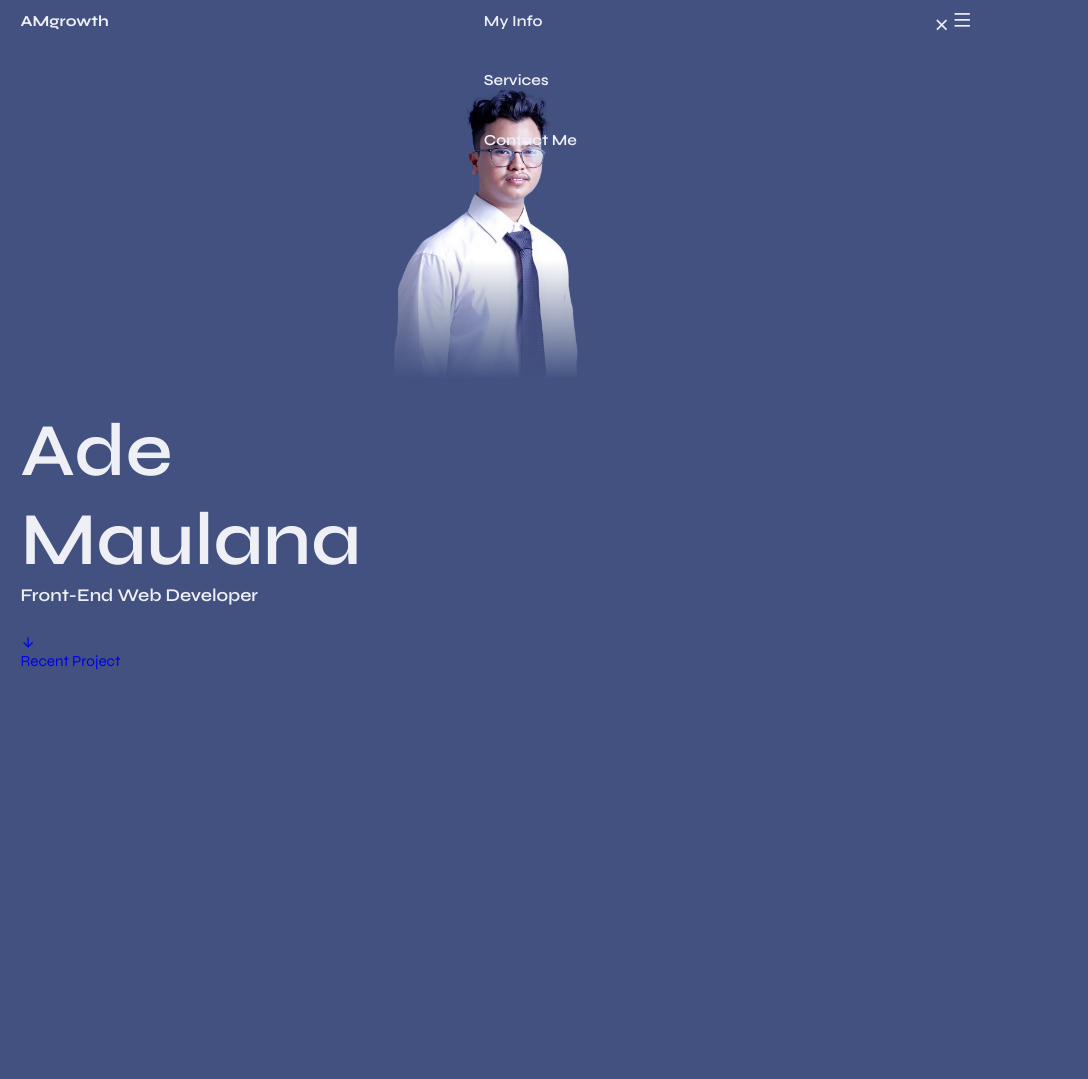
Repository: Ademaulana100499/portofolio
Page: index.html
The author's editor kept a copy of each file at every save. The page is drawn from the files as they stood at one save, then again after the next save.
The browser window is 1280 px wide. The pictures show the whole page, at 85% of full size.
Some web fonts or font styles are not loaded; a fallback is used.

Above is the page before, as saved 2024-11-28 17:03:31.

### index.html
<!DOCTYPE html>
<html lang="en">
  <head>
    <meta charset="UTF-8" />
    <meta name="viewport" content="width=device-width, initial-scale=1.0" />
    <title>AMgrowth</title>
    <link rel="shortcut icon" href="assets/img/Favicon.png" />
    <link
      href="https://cdn.jsdelivr.net/npm/remixicon/fonts/remixicon.css"
      rel="stylesheet"
    />
    <link rel="stylesheet" href="assets/css/style.css" />
  </head>
  <body>
    <!-- HEADER -->
    <header class="header" id="header">
      <nav class="nav container">
        <a href="#" class="nav__logo">AMgrowth</a>
        <div class="nav__menu" id="nav-menu">
          <ul class="nav__list">
            <li>
              <a href="#home" class="nav__link">Home</a>
            </li>
            <li>
              <a href="#project" class="nav__link">Project</a>
            </li>
            <li>
              <a href="#info" class="nav__link">My Info</a>
            </li>
            <li>
              <a href="#services" class="nav__link">Services</a>
            </li>
            <li>
              <a href="#contact" class="nav__link">Contact Me</a>
            </li>
          </ul>
          <!-- Close Button -->
          <div class="nav__close" id="nav-close">
            <i class="ri-close-line"></i>
          </div>
        </div>

        <!-- Toggle Button -->
        <div class="nav__toggle" id="nav-toggle">
          <i class="ri-menu-line"></i>
        </div>
      </nav>
    </header>

    <!-- MAIN -->
    <main class="main" id="main">
      <!-- HOME -->
      <section class="home section" id="home">
        <div class="home__container container grid">
          <img src="assets/img/Photo.png" alt="image" class="home__img" />
          <div class="home__data">
            <h1 class="home__name">
              Ade <br />
              Maulana
            </h1>
            <h3 class="home__profession">Front-End Web Developer</h3>
          </div>
          <a href="#project" class="home__scroll">
            <div class="home__scroll-box">
              <i class="ri-arrow-down-line"></i>
            </div>
            <span class="home__scroll-text">Recent Project</span>
          </a>
        </div>
      </section>
      <!-- PROJECT -->
      <section class="project section" id="project"></section>
      <!-- INFO -->
      <section class="info section" id="info"></section>
      <!-- SERVICES -->
      <section class="services section" id="services"></section>
      <!-- CONTACT -->
      <section class="contact section" id="contact"></section>
    </main>

    <!-- FOOTER -->
    <footer class="footer" id="footer"></footer>
    <!-- SCROLL UP -->
    <!-- SCROLLREVEAL -->
    <script src=""></script>
    <!-- EMAIL JS -->
    <script src=""></script>
    <!-- MAIN JS -->
    <script src="assets/js/main.js"></script>
  </body>
</html>

### assets/css/style.css
@import url("https://fonts.googleapis.com/css2?family=Kite+One&family=Oooh+Baby&family=Orelega+One&family=Poppins:ital,wght@0,100;0,200;0,300;0,400;0,500;0,600;0,700;0,800;0,900;1,100;1,200;1,300;1,400;1,500;1,600;1,700;1,800;1,900&family=Syne:wght@400..800&display=swap");

/* VARIABLE CSS */
:root {
  --header-height: 3rem;

  /* Colors */
  --hue: 230;
  --first-color: hsl(var(--hue), 55%, 55%);
  --first-color-light: hsl(var(--hue), 55%, 65%);
  --first-color-alt: hsl(var(--hue), 50%, 50%);
  --title-color: hsl(var(--hue), 30%, 95%);
  --text-color: hsl(var(--hue), 20%, 80%);
  --text-color-light: hsl(var(--hue), 20%, 70%);
  --body-color: hsl(225, 32%, 38%);
  --container-color: hsl(var(--hue), 40%, 20%);

  /* Font and typography */
  --body-font: "Syne", sans-serif;
  --biggest-font-size: 3rem;
  --h1-font-size: 1.5rem;
  --h2-font-size: 1.25rem;
  --h3-font-size: 1rem;
  --normal-font-size: 0.938rem;
  --small-font-size: 0.813rem;

  /* Font weight */
  --font-regular: 400;
  --font-semi-bold: 600;
  --font-bold: 700;

  /* z index */
  --z-tooltip: 10;
  --z-fixed: 100;
}
/* Responsive typography */
@media screen and (min-width: 1150px) {
  :root {
    --biggest-font-size: 5.5rem;
    --big-font-size: 2.75rem;
    --h1-font-size: 2.25rem;
    --h2-font-size: 1.5rem;
    --h3-font-size: 1.25rem;
    --normal-font-size: 1.125rem;
    --small-font-size: 0.875rem;
  }
}

/* BASE */
* {
  margin: 0;
  padding: 0;
  box-sizing: border-box;
}

html {
  scroll-behavior: smooth;
}

body,
input,
textarea,
button {
  font-family: var(--body-font);
  font-size: var(--normal-font-size);
}

body {
  background-color: var(--body-color);
  color: var(--text-color);
}
input,
button,
textarea {
  outline: none;
  border: none;
}

h1,
h2,
h3 {
  color: var(--title-color);
  font-weight: var(--font-semi-bold);
}
p {
  line-height: 130%;
}

ul {
  list-style: none;
}

a {
  text-decoration: none;
}

img {
  display: block;
  max-width: 100%;
  height: auto;
}

/* REUSABLE CSS CLASSES */
.container {
  max-width: 1120px;
  margin-inline: 1.5rem;
}

.grid {
  display: grid;
  gap: 1.5rem;
}

.section {
  padding-block: 5rem 2rem;
}

.section__title {
  font-size: var(--h1-font-size);
  text-align: center;
  margin-bottom: 2rem;
  font-weight: var(--font-bold);
}
main {
  overflow: hidden;
}

/* HEADER & NAV */
.header {
  position: fixed;
  width: 100%;
  top: 0;
  left: 0;
  background-color: transparent;
  z-index: var(--z-fixed);
}
.nav {
  position: relative;
  height: var(--header-height);
  display: flex;
  justify-content: space-between;
  align-items: center;
}

.nav__logo {
  color: var(--title-color);
  font-weight: var(--font-bold);
}
.nav__toggle,
.nav__close {
  font-size: 1.5rem;
  cursor: pointer;
  color: var(--title-color);
}
/* Navigation for mobile */
@media screen and (max-width: 1150px) {
  .nav__menu {
    position: fixed;
    top: 0;
    right: -100%;
    background-color: hsla(var(--hue), 70%, 4%, 0.2);
    backdrop-filter: blur(16px);
    -webkit-backdrop-filter: blur(16px);
    width: 80%;
    height: 100%;
    padding: 7rem 3rem;
    transition: right 0.4s;
  }
}
.nav__list {
  display: flex;
  flex-direction: column;
  row-gap: 3rem;
}
.nav__link {
  position: relative;
  color: var(--title-color);
  font-weight: var(--font-semi-bold);
  transition: color 0.4s;
}
.nav__link::after {
  content: "";
  width: 0;
  height: 2px;
  background-color: var(--first-color-light);
  position: absolute;
  left: 0;
  bottom: -0.5rem;
  transition: width 0.3s;
}
.nav__link:hover {
  color: var(--first-color-light);
}
.nav__link:hover::after {
  width: 30%;
}
.nav__close {
  position: absolute;
  top: 1rem;
  right: 1.5rem;
}

/* Show Menu */
.show-menu {
  right: 0;
}
/* Add blur to header */
/* Active link */

/* HOME */
.home__container {
  row-gap: 2rem;
  padding-top: 1rem;
}

.home__img {
  width: 350px;
  justify-self: center;
  mask-image: linear-gradient(
    to bottom,
    hsla(var(--hue), 40%, 16%) 60%,
    transparent 100%
  );
}
.home__name {
  font-size: var(--biggest-font-size);
}

### assets/js/main.js
const navMenu = document.getElementById("nav-menu"),
  navToggle = document.getElementById("nav-toggle"),
  navClose = document.getElementById("nav-close");

if (navToggle) {
  navToggle.addEventListener("click", () => {
    navMenu.classList.add("show-menu");
  });
}

if (navClose) {
  navClose.addEventListener("click", () => {
    navMenu.classList.remove("show-menu");
  });
}

const navLink = document.querySelectorAll(".nav__link");
const linkAction = () => {
  const navMenu = document.getElementById("nav-menu");
  navMenu.classList.remove("show-menu");
};
navLink.forEach((n) => n.addEventListener("click", linkAction));

After the next save:
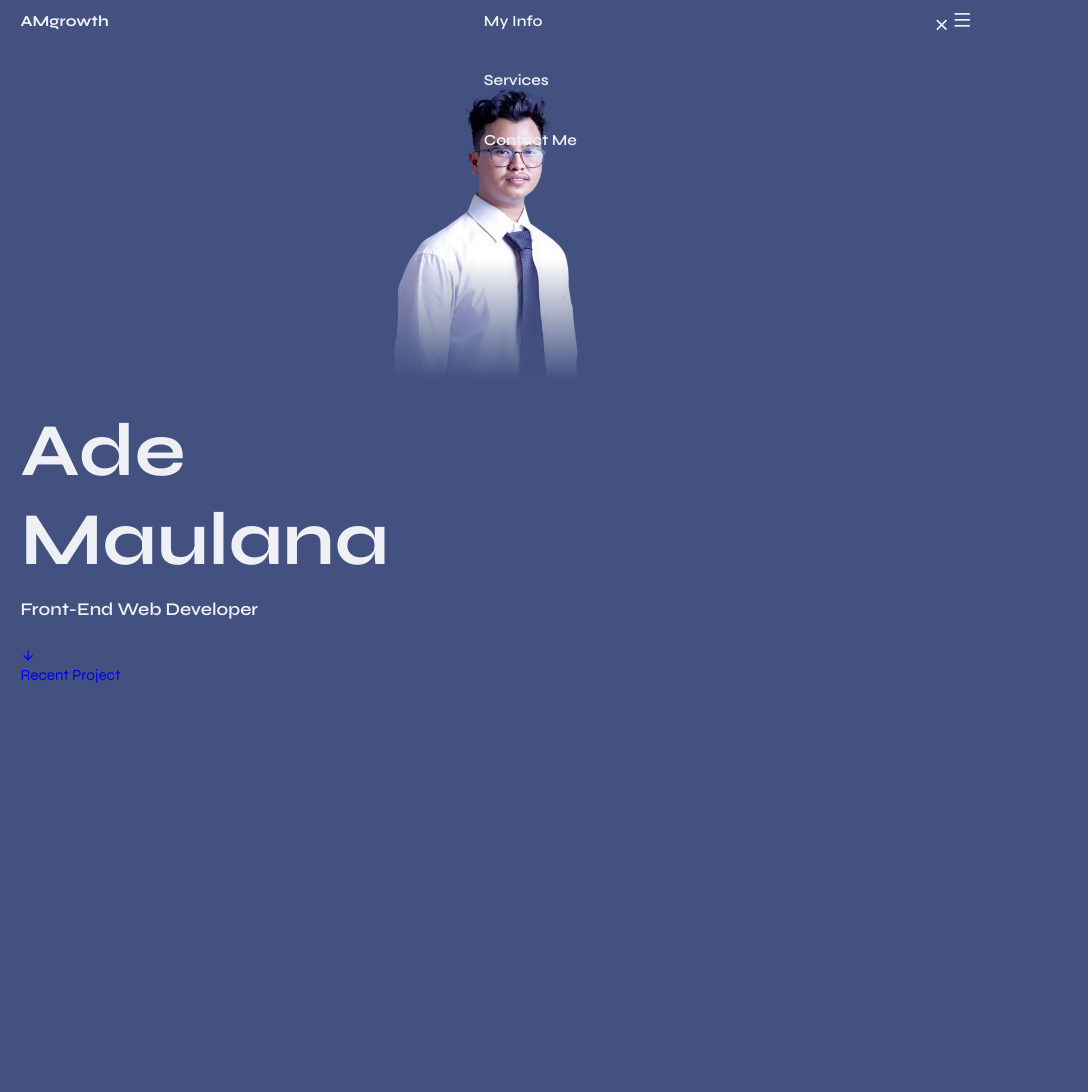
Saved 2 min 2 s later.
--- a/assets/css/style.css
+++ b/assets/css/style.css
@@ -224,4 +224,7 @@ main {
 }
 .home__name {
   font-size: var(--biggest-font-size);
-}
+  font-weight: var(--font-bold);
+  word-break: break-word;
+  margin-bottom: 1rem;
+}
